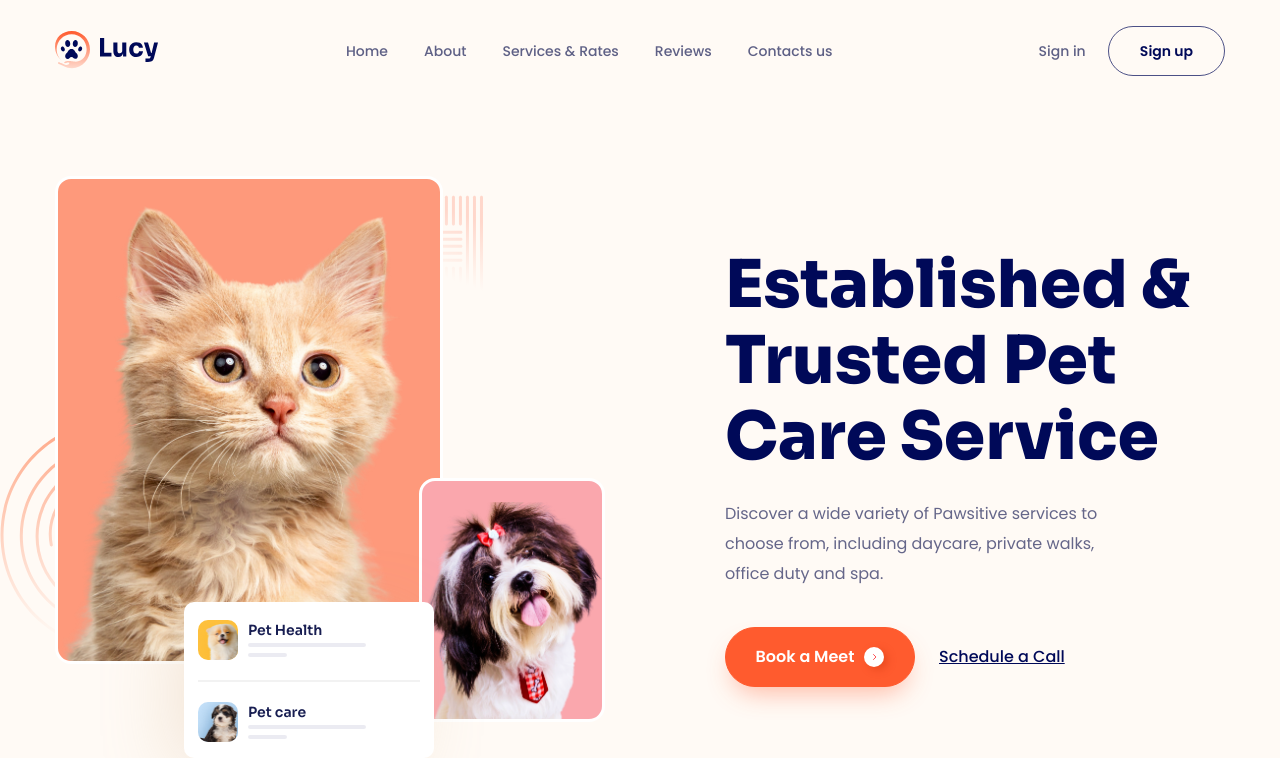
Repository: empty24062002/f8-project-05
Page: index.html
The author's editor kept a copy of each file at every save. The page is drawn from the files as they stood at one save, then again after the next save.
The browser window is 1280 px wide. The pictures show the whole page.

Above is the page before, as saved 2023-09-11 09:20:06.

### index.html
<!DOCTYPE html>
<html lang="en">
    <head>
        <meta charset="UTF-8" />
        <meta name="viewport" content="width=device-width, initial-scale=1.0" />
        <title>Lucy</title>
        <!-- favicon -->
        <link
            rel="apple-touch-icon"
            sizes="57x57"
            href="./assets/favicon/apple-icon-57x57.png"
        />
        <link
            rel="apple-touch-icon"
            sizes="60x60"
            href="./assets/favicon/apple-icon-60x60.png"
        />
        <link
            rel="apple-touch-icon"
            sizes="72x72"
            href="./assets/favicon/apple-icon-72x72.png"
        />
        <link
            rel="apple-touch-icon"
            sizes="76x76"
            href="./assets/favicon/apple-icon-76x76.png"
        />
        <link
            rel="apple-touch-icon"
            sizes="114x114"
            href="./assets/favicon/apple-icon-114x114.png"
        />
        <link
            rel="apple-touch-icon"
            sizes="120x120"
            href="./assets/favicon/apple-icon-120x120.png"
        />
        <link
            rel="apple-touch-icon"
            sizes="144x144"
            href="./assets/favicon/apple-icon-144x144.png"
        />
        <link
            rel="apple-touch-icon"
            sizes="152x152"
            href="./assets/favicon/apple-icon-152x152.png"
        />
        <link
            rel="apple-touch-icon"
            sizes="180x180"
            href="./assets/favicon/apple-icon-180x180.png"
        />
        <link
            rel="icon"
            type="image/png"
            sizes="192x192"
            href="./assets/favicon/android-icon-192x192.png"
        />
        <link
            rel="icon"
            type="image/png"
            sizes="32x32"
            href="./assets/favicon/favicon-32x32.png"
        />
        <link
            rel="icon"
            type="image/png"
            sizes="96x96"
            href="./assets/favicon/favicon-96x96.png"
        />
        <link
            rel="icon"
            type="image/png"
            sizes="16x16"
            href="./assets/favicon/favicon-16x16.png"
        />
        <link rel="manifest" href="./assets/favicon/manifest.json" />
        <meta name="msapplication-TileColor" content="#ffffff" />
        <meta
            name="msapplication-TileImage"
            content="./assets/favicon/ms-icon-144x144.png"
        />
        <meta name="theme-color" content="#ffffff" />
        <!-- reset CSS -->
        <link rel="stylesheet" href="./assets/css/reset.css" />
        <!-- embed font -->
        <link rel="preconnect" href="https://fonts.googleapis.com" />
        <link rel="preconnect" href="https://fonts.gstatic.com" crossorigin />
        <link
            href="https://fonts.googleapis.com/css2?family=Poppins:wght@300;400;500;600&family=Sora:wght@600;700;800&display=swap"
            rel="stylesheet"
        />
        <!-- style css -->
        <link rel="stylesheet" href="./assets/css/styles.css" />
    </head>
    <body>
        <!-- header -->
        <header class="header">
            <div class="container">
                <div class="header__inner">
                    <!-- logo -->
                    <a href="#!">
                        <img
                            src="./assets/img/logo.svg"
                            alt="Lucy"
                            class="header__logo"
                        />
                    </a>
                    <!-- navbar -->
                    <nav class="navbar">
                        <ul class="navbar__list">
                            <li class="navbar__item">
                                <a href="#!" class="navbar__link"> Home </a>
                            </li>
                            <li class="navbar__item">
                                <a href="#!" class="navbar__link"> About </a>
                            </li>
                            <li class="navbar__item">
                                <a href="#!" class="navbar__link"
                                    >Services & Rates
                                </a>
                            </li>
                            <li class="navbar__item">
                                <a href="#!" class="navbar__link"> Reviews </a>
                            </li>
                            <li class="navbar__item">
                                <a href="#!" class="navbar__link">
                                    Contacts us
                                </a>
                            </li>
                        </ul>
                    </nav>
                    <!-- header action -->
                    <div class="header-action">
                        <a href="#!" class="header-action__link">Sign in</a>
                        <a href="#!" class="btn header-action__btn">Sign up</a>
                    </div>
                </div>
            </div>
        </header>
        <!-- hero -->
        <section class="hero">
            <div class="container">
                <div class="hero__inner">
                    <!-- hero media -->
                    <div class="hero__media">
                        <div class="hero__img-wrap">
                            <img
                                src="./assets/img/hero__img1.png"
                                alt=""
                                class="hero__img"
                            />

                            <!-- Decorators -->
                            <img
                                src="./assets/img/decor__01.svg"
                                alt=""
                                class="hero__decor hero__decor-left"
                            />
                            <img
                                src="./assets/img/decor__02.svg"
                                alt=""
                                class="hero__decor hero__decor-right"
                            />
                        </div>
                        <div class="hero__img-wrap hero__img-wrap-small">
                            <img
                                src="./assets/img/hero__img2.png"
                                alt=""
                                class="hero__img"
                            />
                        </div>

                        <div class="hero__list">
                            <!-- hero list item 1 -->
                            <section class="hero-list-item">
                                <img
                                    src="./assets/img/hero__img3.png"
                                    alt=""
                                    class="hero-list-item__thump"
                                />
                                <div class="hero-list-item__info">
                                    <p class="hero-list-item__title">
                                        Pet Health
                                    </p>
                                    <div class="hero-list-item__skeleton"></div>
                                    <div
                                        class="hero-list-item__skeleton"
                                        style="--width: 39px"
                                    ></div>
                                </div>
                            </section>

                            <div class="hero-list-item__separate"></div>
                            <!-- hero list item 2 -->
                            <section class="hero-list-item">
                                <img
                                    src="./assets/img/hero__img4.png"
                                    alt=""
                                    class="hero-list-item__thump"
                                />
                                <div class="hero-list-item__info">
                                    <p class="hero-list-item__title">
                                        Pet care
                                    </p>
                                    <div class="hero-list-item__skeleton"></div>
                                    <div
                                        class="hero-list-item__skeleton"
                                        style="--width: 39px"
                                    ></div>
                                </div>
                            </section>
                        </div>
                    </div>
                    <!-- hero content -->
                    <section class="hero__content">
                        <h1 class="hero__heading">
                            Established & Trusted Pet Care Service
                        </h1>
                        <p class="hero__desc">
                            Discover a wide variety of Pawsitive services to
                            choose from, including daycare, private walks,
                            office duty and spa.
                        </p>
                        <div class="hero__row">
                            <a href="#!" class="btn btn--primary hero__cta-btn">
                                Book a Meet
                                <span class="btn__icon">
                                    <svg
                                        width="5"
                                        height="6"
                                        viewBox="0 0 5 6"
                                        fill="none"
                                        xmlns="http://www.w3.org/2000/svg"
                                    >
                                        <path
                                            d="M1.48584 0.5L3.98584 3L1.48584 5.5"
                                            stroke="#FD5056"
                                            stroke-linecap="round"
                                            stroke-linejoin="round"
                                        />
                                    </svg>
                                </span>
                            </a>
                            <a href="#!" class="hero__cta-link">
                                Schedule a Call
                            </a>
                        </div>
                    </section>
                </div>
            </div>
        </section>
    </body>
</html>

### assets/css/styles.css
* {
    box-sizing: border-box;
}

:root {
    --primary-color: #ff5b2e;
}

html {
    font-size: 62.5%;
}

body {
    font-size: 1.6rem;
    font-family: "Poppins", sans-serif;
    background: #fffaf5;
}

/* common */

h1,
h2,
h3,
h4,
h5,
h6 {
    font-family: "Sora", sans-serif;
}

input,
textarea,
select,
button {
    font-size: inherit;
    font-family: inherit;
}

a {
    text-decoration: none;
}

.container {
    width: 1170px;
    max-width: calc(100% - 48px);
    margin: 0 auto;
}

.btn {
    --height: 56px;

    display: inline-flex;
    align-items: center;
    justify-content: center;
    min-width: 130px;
    height: var(--height);
    line-height: var(--height);
    border: 1px solid rgb(0, 9, 88, 0.7);
    border-radius: 99px;
    color: #000958;
    text-align: center;
    font-size: 1.4rem;
    font-weight: 600;
}

.btn:hover {
    opacity: 0.8;
    cursor: pointer;
}

.btn--primary {
    background: var(--primary-color);
    color: #fff;
    border-color: var(--primary-color);
}

.btn__icon {
    display: flex;
    justify-content: center;
    align-items: center;
    margin-left: 10px;
    width: 20px;
    height: 20px;
    border-radius: 50%;
    background-color: #fff;
    box-shadow: 4px 3px 10px -1px rgba(191, 41, 0, 0.4);
}

/* header */
.header {
    padding: 26px 0;
}

.header__inner {
    display: flex;
    justify-content: space-between;
    align-items: center;
}

.navbar__list {
    display: flex;
}

.navbar__link,
.header-action__link {
    padding: 8px 18px;
    color: #5e6085;
    font-size: 1.4rem;
    font-weight: 500;
    line-height: 1; /* 100% */
}

.navbar__link:hover {
    color: #000958;
    text-shadow: 1px 0 0 currentColor;
}

.header-action__btn {
    --height: 50px;

    min-width: 117px;
}

/* hero */
.hero {
    margin-top: 74px;
}

.hero__inner {
    display: flex;
    justify-content: space-between;
    align-items: center;
    column-gap: 120px;
}

.hero__media {
    display: flex;
    position: relative;
    padding-bottom: 94px;
}

.hero__img-wrap {
    position: relative;
    display: flex;
    justify-content: center;
    align-items: flex-end;
    width: 388px;
    height: 488px;
    border: 3px solid #fff;
    border-radius: 16px;
    background: #fe997b;
}

.hero__img {
    max-width: 100%;
    max-height: 100%;
    border-radius: inherit;
}

.hero__decor {
    position: absolute;
    z-index: -1;
}

.hero__decor-left {
    left: -58px;
    bottom: 10px;
}

.hero__decor-right {
    top: 16px;
    right: -43px;
}

.hero__img-wrap-small {
    align-self: flex-end;
    width: 186px;
    height: 244px;
    margin: 0 0 -58px -24px;
    border: 2px solod #f7dddf;
    background: #faa7ad;
}

.hero__list {
    position: absolute;
    left: 129px;
    bottom: 0;
    width: 250px;
    height: 156px;
    padding: 18px 14px;
    border-radius: 10px;
    background: #fff;
    box-shadow: -17px 14px 68px -4px rgba(207, 174, 132, 0.25);
}

.hero-list-item {
    display: flex;
    align-items: center;
}

.hero-list-item:nth-of-type(2) .hero-list-item__thump {
    background-color: #c6e2fa;
}

.hero-list-item__thump {
    width: 40px;
    height: 40px;
    border-radius: 10px;
    object-fit: cover;
    background: #fec23f;
}

.hero-list-item__info {
    margin-left: 10px;
}

.hero-list-item__title {
    color: #181e52;
    font-family: "Sora", sans-serif;
    font-size: 1.4rem;
    font-weight: 600;
    line-height: 1;
}

.hero-list-item__separate {
    margin: 20px 0;
    width: 100%;
    height: 2px;
    background: #f2f2f2;
}

.hero-list-item__skeleton {
    margin-top: 6px;
    width: var(--width, 118px);
    height: 4px;
    border-radius: 10px;
    opacity: 0.08;
    background: #000958;
}

.hero__heading {
    color: #000958;
    font-size: 6.6rem;
    font-weight: 800;
    line-height: 1.15; /* 115.152% */
}

.hero__desc {
    width: 391px;
    margin-top: 24px;
    color: #656689;
    font-size: 1.6rem;
    font-weight: 400;
    line-height: 1.88;
}

.hero__row {
    display: flex;
    align-items: center;
    margin-top: 38px;
}

.hero__cta-btn {
    --height: 60px;

    min-width: 190px;
    font-size: 1.6rem;
    box-shadow: 0px 13px 26px -8px rgba(255, 91, 46, 0.42);
}

.hero__cta-link {
    margin-left: 24px;
    color: #000958;
    font-size: 1.6rem;
    font-weight: 500;
    line-height: 1;
    text-decoration: underline;
}

Loaded but not shown: assets/css/reset.css (common file)

After the next save:
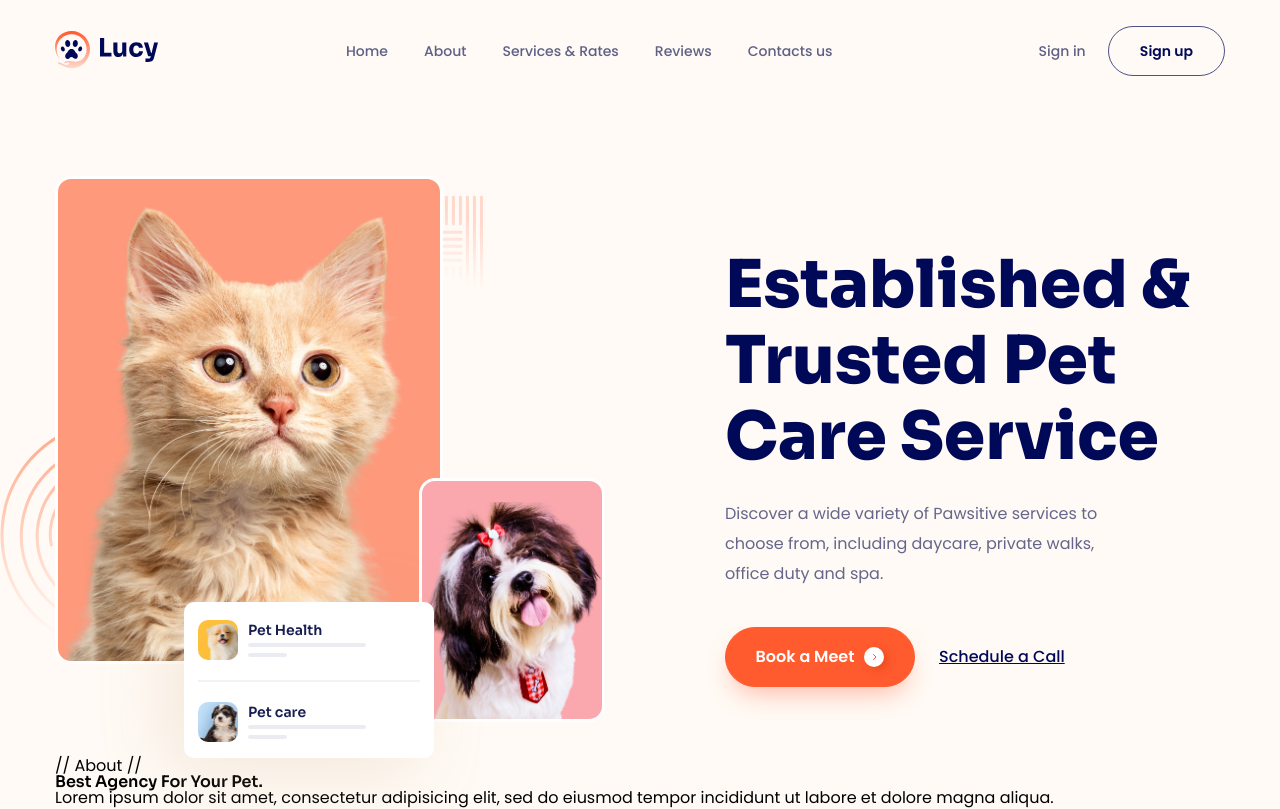
Saved 4 min 50 s later.
--- a/index.html
+++ b/index.html
@@ -250,5 +250,28 @@
                 </div>
             </div>
         </section>
+        <main>
+            <!-- about -->
+            <section class="about">
+                <div class="container">
+                    <div class="about__inner">
+                        <section class="about__content">
+                            <p class="about__lable">// About //</p>
+                            <h2 class="about__heading section-heading">
+                                Best Agency For Your Pet.
+                            </h2>
+                            <p class="about__desc section-desc">
+                                Lorem ipsum dolor sit amet, consectetur
+                                adipisicing elit, sed do eiusmod tempor
+                                incididunt ut labore et dolore magna aliqua.
+                            </p>
+                        </section>
+                        <div class="about__media"></div>
+                        <div class="about__media"></div>
+                        <section class="about__content"></section>
+                    </div>
+                </div>
+            </section>
+        </main>
     </body>
 </html>
